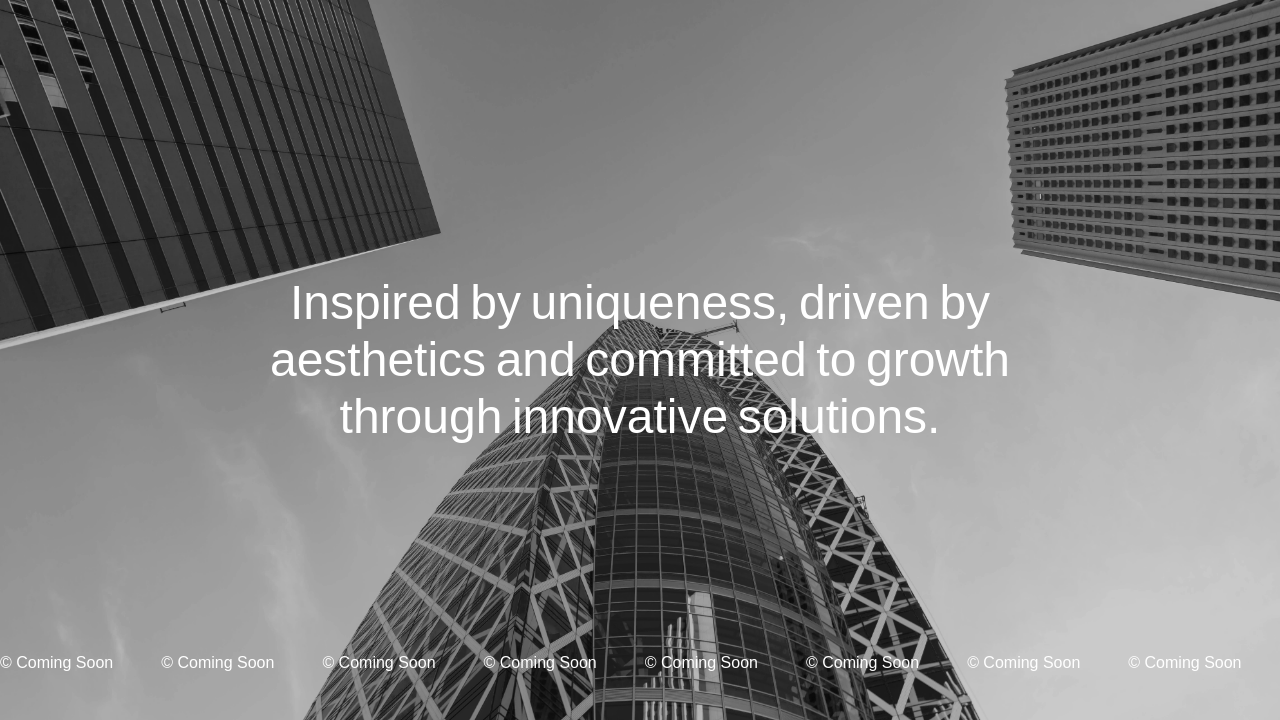
Repository: leswisss/comingsoon
Page: /
These files come from the project's save history. The page is drawn as it stood at one moment and after a run of saves; the edit follows.
The browser window is 1280 px wide. The pictures show the whole page.
Some web fonts or font styles are not loaded; a fallback is used. The project was rebuilt for these pictures with package versions that can differ from the ones it lists, and the page was loaded fresh each time. The framework's server and built-in components were replaced by stand-ins that run in the browser. Also part of the build but not shown: next.config.mjs.

Above is the page before, as saved 2024-06-16 15:21:41.

After the next 3 saves:
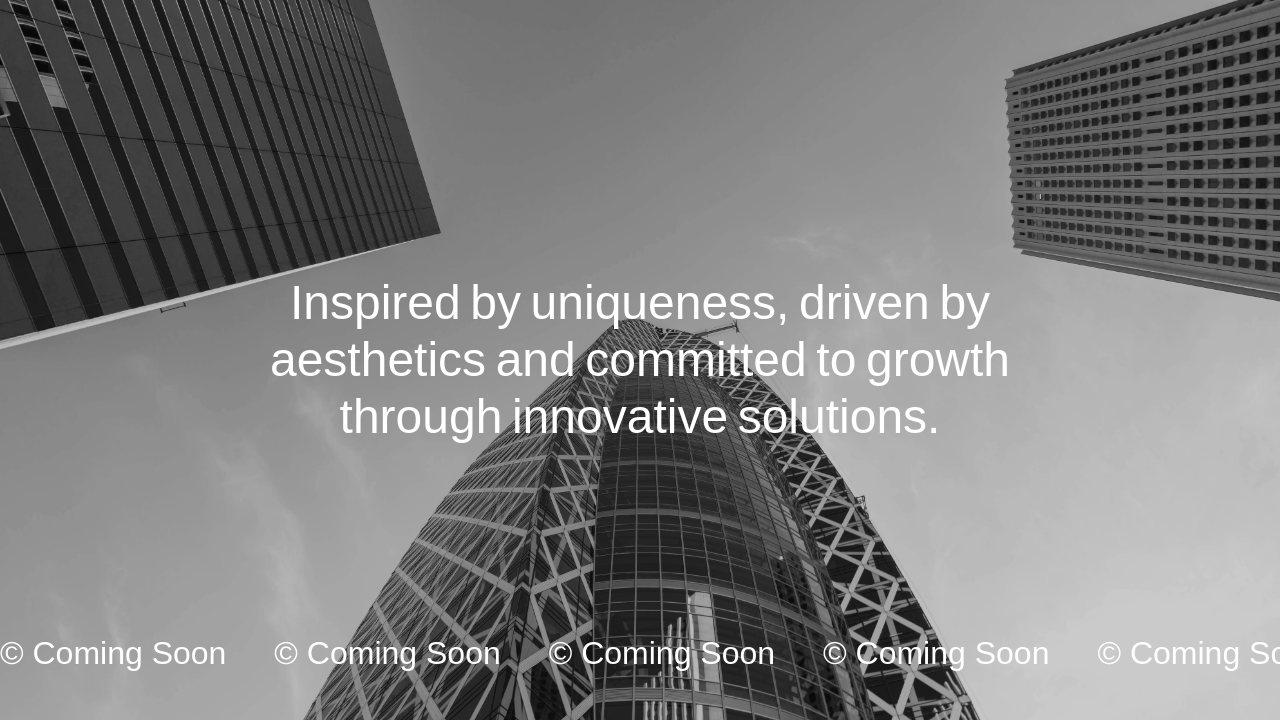
The 3 saves are shown as one change because 1 did not build or start and some came seconds apart.
The last was saved 15 s later.
--- a/styles/marquee.module.scss
+++ b/styles/marquee.module.scss
@@ -11,5 +11,6 @@
 
   .soon{
     margin-right: 3rem;
+    font-size: var(--h2-font-size);
   }
 }
